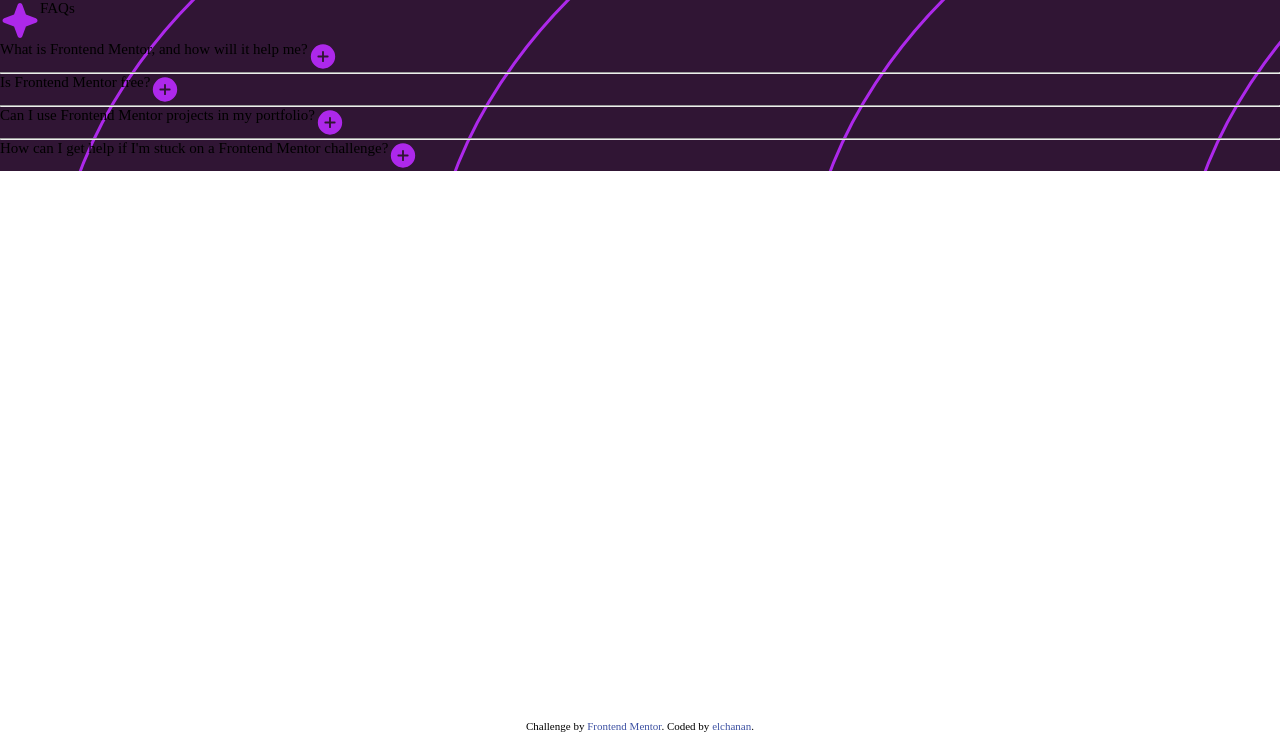
Repository: elchananChen/frontend-mentor-projects
Page: 2024/10/faQs/index.html
The author's editor kept a copy of each file at every save. The page is drawn from the files as they stood at one save, then again after the next save.
The browser window is 1280 px wide. The pictures show the whole page.

Above is the page before, as saved 2024-10-13 05:49:03.

After the next save:
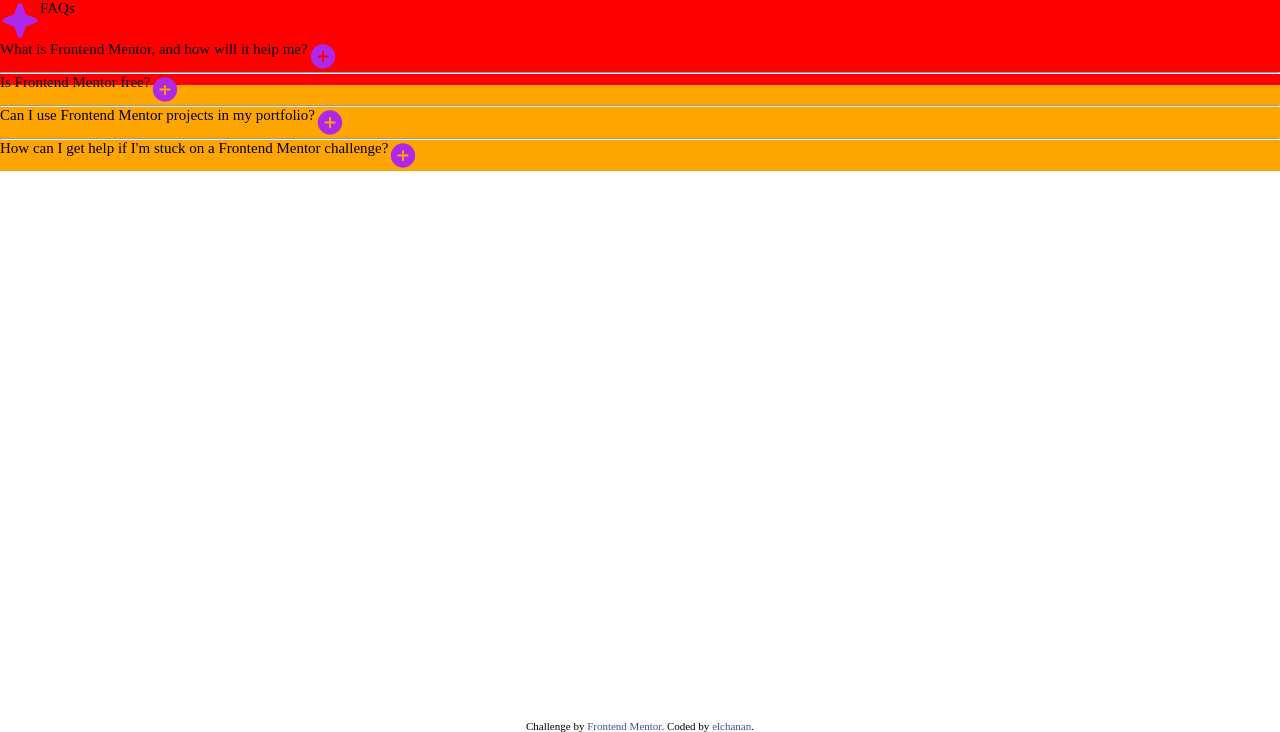
Saved 9 s later.
--- a/2024/10/faQs/style.css
+++ b/2024/10/faQs/style.css
@@ -15,8 +15,8 @@
   /* background: linear-gradient(180deg, red 20%, orange 20% 100%); */
   /* background: linear-gradient(to top, blue 25%, white 25%, red 50%); */
   /* height: 100vh; */
+  background-image: url("./assets/images/background-pattern-mobile.svg");
   background: linear-gradient(180deg, red 50%, orange 50%);
-  background-image: url("./assets/images/background-pattern-mobile.svg");
   /* background-size: cover; מכסה את האלמנט */
   /* background-position: center; */
 }
